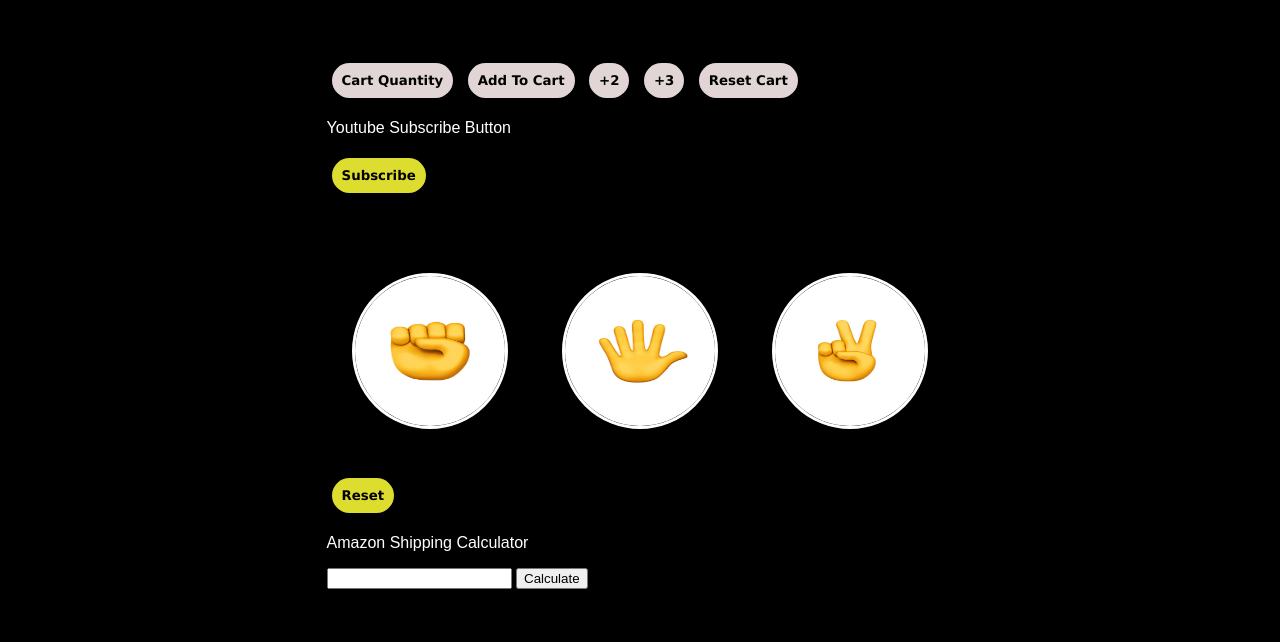
Repository: EguJaredoBoyd/Jared-Learning-Projects
Page: javascript-tutorial.html
An editor plug-in stored every save of this project. The page is shown before and after the next save, followed by the edit.
The browser window is 1280 px wide. The pictures show the whole page.

Above is the page before, as saved 2025-07-06 23:58:53.

### javascript-tutorial.html
<!DOCTYPE html>
<html lang="en">
<head>
    <meta charset="UTF-8">
    <meta name="viewport" content="width=device-width, initial-scale=1.0">
    <title>Document</title>
    <link rel="stylesheet" href="javascript-tutorial.css">
    <script src="javacript-tutorial.js" defer></script>
</head>
<body>
    <main>
        <section class="cart-class">
            <button onclick="cartDisplay()">Cart Quantity</button>
            <button onclick="addCart();
            cartDisplay()">Add To Cart</button>
            <button onclick="addCart2();
            cartDisplay()">+2</button>
            <button onclick="addCart3();
            cartDisplay()">+3</button>
            <button onclick="cartReset();
            cartDisplay()">Reset Cart</button>

            <p id="cart-quantity"></p>
            <p>Youtube Subscribe Button</p>
            <button onclick="subscribe()" class="sub-button">Subscribe</button>
        </section>

        <section class="game-play">
            <button onclick="selectRock()" class="rock"><img src="./images/rock.jpg" alt="Rock Hand Game"></button>
            <button onclick="selectPaper()"><img src="./images/paper.jpg" alt="Paper Hand Game"></button>
            <button onclick="selectScissors()"><img src="./images/scissors.jpg" alt="Scissiors Hand Game"></button>
            <p class="win-paragraph"></p>
            <p class="move-paragraph"></p>
            <p class="score-paragraph"></p>
            <button onclick="selectReset()" class="reset">Reset</button>
        </section>

        <section class="amazon-calculator">
            <p>Amazon Shipping Calculator</p>
            <input type="text" class="amazon-cost" onkeydown="handleCost(event)">
            <button onclick="calculateTotal()">Calculate</button>
            <p class="shipping-cost"></p>
        </section>
    </main>

</body>
</html>

### javascript-tutorial.css
body{
    font-family: Arial, Helvetica, sans-serif;
    background-color: black;
    display: flex;
    justify-content: center;
    padding-top: 50px;

}
.cart-class{
    margin-bottom: 50px;
}
.cart-class button{
    padding: 10px;
    margin: 5px;
    font-weight: bold;
    font-family: Verdana, Geneva, Tahoma, sans-serif;
    border: none;
    border-radius: 50px;

}
.cart-class button:not(.sub-button){
    background-color: rgb(225, 213, 213);

}
.sub-button{
    background-color: rgb(221, 221, 48);
}
.sub-button-two{
    background-color: rgb(225, 213, 213);
}
p{
    color: white;
}

/* game-section  */

.game-play button{
    padding: 10px;
    margin: 5px;
    font-weight: bold;
    font-family: Verdana, Geneva, Tahoma, sans-serif;
    border: none;
    border-radius: 50px;
}
.game-play button:not(.reset){
    background-color: transparent;
}
.reset{
    background-color: rgb(221, 221, 48);
}
.game-play:not(.reset) img{
    height: 150px;
    width: 150px;
    border: 3px solid white;
    border-radius: 50%;
    margin: 10px;

}
.win-paragraph, .score-paragraph{
    font-weight: bolder;
    font-size: 10px;

}

### javacript-tutorial.js
let cartQuantity = 0;
function cartDisplay(){
    document.getElementById('cart-quantity').innerHTML = cartQuantity;
};

function addCart(){
    cartQuantity = cartQuantity + 1;
};

function addCart2(){
    cartQuantity += 2;
};

function addCart3(){
    cartQuantity += 3;
};

function cartReset(){
    alert("Cart has been reset");
    cartQuantity = 0;
};

function subscribe () {
    let subClick = document.querySelector('.sub-button');
        if (subClick.innerHTML === 'Subscribe') {
            subClick.innerHTML = 'Subscribed'
            subClick.classList.add('sub-button-two');
        } else{
            subClick.innerHTML = 'Subscribe'
            subClick.classList.remove('sub-button-two');

        }
    }




let computerMove = '';
let score = {
    wins: 0,
    losses: 0,
    ties: 0
};

// ✅ Fix 1: Load saved score if it exists in localStorage
const storage = localStorage.getItem('gameScore');
if (storage) {
    score = JSON.parse(storage);
}

console.log(score); // Optional: Just to confirm score is loaded

function selectRock() {
    // ✅ Fix 2: New random number every time the function runs
    let randomNumber = Math.random();

    if (randomNumber >= 0 && randomNumber < 1 / 3) {
        computerMove = 'rock';
    } else if (randomNumber >= 1 / 3 && randomNumber < 2 / 3) {
        computerMove = 'paper';
    } else {
        computerMove = 'scissors';
    }

    let result = '';
    if (computerMove === 'rock') {
        result = 'tie';
    } else if (computerMove === 'paper') {
        result = 'lose';
    } else if (computerMove === 'scissors') {
        result = 'win';
    }

    let newResult = '';
    if (result === 'win') {
        score.wins += 1;
        newResult = 'wins!';
    } else if (result === 'lose') {
        score.losses += 1;
        newResult = 'losses!';
    } else {
        score.ties += 1;
        newResult = 'ties!';
    }

    // ✅ Fix 3: Save updated score to localStorage
    localStorage.setItem('gameScore', JSON.stringify(score));

    let newScore, valueOne, valueTwo, outcomeOne, outcomeTwo;

    if (newResult === 'wins!') {
        newScore = score.wins;
        valueOne = score.losses;
        outcomeOne = 'losses';
        valueTwo = score.ties;
        outcomeTwo = 'ties';
    } else if (newResult === 'losses!') {
        newScore = score.losses;
        valueOne = score.wins;
        outcomeOne = 'wins';
        valueTwo = score.ties;
        outcomeTwo = 'ties';
    } else {
        newScore = score.ties;
        valueOne = score.wins;
        outcomeOne = 'wins';
        valueTwo = score.losses;
        outcomeTwo = 'losses';
    }

    alert(`You picked rock and the computer picked ${computerMove}, you ${result}!
You have ${newScore} ${newResult}, ${valueOne} ${outcomeOne}, and ${valueTwo} ${outcomeTwo}`);

    let rock = document.querySelector('.win-paragraph');
    rock.innerHTML = (`You picked rock and the computer picked ${computerMove}, you ${result}!
    You have ${newScore} ${newResult}, ${valueOne} ${outcomeOne}, and ${valueTwo} ${outcomeTwo}`);

    let rockMove = document.querySelector('.move-paragraph');
    rockMove.innerHTML = (`You - <img src="./images/rock.jpg" alt=""> : <img src="./images/${computerMove}.jpg" alt=""> - Computer`);

    let rockScore = document.querySelector('.score-paragraph');
    rockScore.innerHTML = (`You ${result}!`)

}

function selectPaper() {
    let randomNumber = Math.random();

    if (randomNumber >= 0 && randomNumber < 1 / 3) {
        computerMove = 'rock';
    } else if (randomNumber >= 1 / 3 && randomNumber < 2 / 3) {
        computerMove = 'paper';
    } else {
        computerMove = 'scissors';
    }

    let result = '';
    if (computerMove === 'paper') {
        result = 'tie';
    } else if (computerMove === 'scissors') {
        result = 'lose';
    } else if (computerMove === 'rock') {
        result = 'win';
    }

    let newResult = '';
    if (result === 'win') {
        score.wins += 1;
        newResult = 'wins!';
    } else if (result === 'lose') {
        score.losses += 1;
        newResult = 'losses!';
    } else {
        score.ties += 1;
        newResult = 'ties!';
    }

    localStorage.setItem('gameScore', JSON.stringify(score));

    let newScore, valueOne, valueTwo, outcomeOne, outcomeTwo;

    if (newResult === 'wins!') {
        newScore = score.wins;
        valueOne = score.losses;
        outcomeOne = 'losses';
        valueTwo = score.ties;
        outcomeTwo = 'ties';
    } else if (newResult === 'losses!') {
        newScore = score.losses;
        valueOne = score.wins;
        outcomeOne = 'wins';
        valueTwo = score.ties;
        outcomeTwo = 'ties';
    } else {
        newScore = score.ties;
        valueOne = score.wins;
        outcomeOne = 'wins';
        valueTwo = score.losses;
        outcomeTwo = 'losses';
    }

    alert(`You picked paper and the computer picked ${computerMove}, you ${result}!
You have ${newScore} ${newResult}, ${valueOne} ${outcomeOne}, and ${valueTwo} ${outcomeTwo}`);

    let paper = document.querySelector('.win-paragraph');
        paper.innerHTML = `You picked paper and the computer picked ${computerMove}, you ${result}!
You have ${newScore} ${newResult}, ${valueOne} ${outcomeOne}, and ${valueTwo} ${outcomeTwo}`;

    let paperMove = document.querySelector('.move-paragraph');
    paperMove.innerHTML = (`You - <img src="./images/paper.jpg" alt=""> : <img src="./images/${computerMove}.jpg" alt=""> - Computer`);

    let paperScore = document.querySelector('.score-paragraph');
    paperScore.innerHTML = (`You ${result}!`)


}

function selectScissors() {
    let randomNumber = Math.random();

    if (randomNumber >= 0 && randomNumber < 1 / 3) {
        computerMove = 'rock';
    } else if (randomNumber >= 1 / 3 && randomNumber < 2 / 3) {
        computerMove = 'paper';
    } else {
        computerMove = 'scissors';
    }

    let result = '';
    if (computerMove === 'scissors') {
        result = 'tie';
    } else if (computerMove === 'rock') {
        result = 'lose';
    } else if (computerMove === 'paper') {
        result = 'win';
    }

    let newResult = '';
    if (result === 'win') {
        score.wins += 1;
        newResult = 'wins!';
    } else if (result === 'lose') {
        score.losses += 1;
        newResult = 'losses!';
    } else {
        score.ties += 1;
        newResult = 'ties!';
    }

    localStorage.setItem('gameScore', JSON.stringify(score));

    let newScore, valueOne, valueTwo, outcomeOne, outcomeTwo;

    if (newResult === 'wins!') {
        newScore = score.wins;
        valueOne = score.losses;
        outcomeOne = 'losses';
        valueTwo = score.ties;
        outcomeTwo = 'ties';
    } else if (newResult === 'losses!') {
        newScore = score.losses;
        valueOne = score.wins;
        outcomeOne = 'wins';
        valueTwo = score.ties;
        outcomeTwo = 'ties';
    } else {
        newScore = score.ties;
        valueOne = score.wins;
        outcomeOne = 'wins';
        valueTwo = score.losses;
        outcomeTwo = 'losses';
    }

    alert(`You picked scissors and the computer picked ${computerMove}, you ${result}!
You have ${newScore} ${newResult}, ${valueOne} ${outcomeOne}, and ${valueTwo} ${outcomeTwo}`);

    let scissors = document.querySelector('.win-paragraph');
    scissors.innerHTML = (`You picked scissors and the computer picked ${computerMove}, you ${result}!
You have ${newScore} ${newResult}, ${valueOne} ${outcomeOne}, and ${valueTwo} ${outcomeTwo}`);

    let scissorsMove = document.querySelector('.move-paragraph');
    scissorsMove.innerHTML = (`You - <img src="./images/scissors.jpg" alt=""> : <img src="./images/${computerMove}.jpg" alt=""> - Computer`);

    let scissorsScore = document.querySelector('.score-paragraph');
    scissorsScore.innerHTML = (`You ${result}!`)

}

function selectReset() {
    score = {
        wins: 0,
        losses: 0,
        ties: 0
    };

    // ✅ Fix 4: Clear the score from localStorage too
    localStorage.removeItem('gameScore');

    alert(`Your score has been reset.`);

    let scoreReset = document.querySelector('.win-paragraph');
    scoreReset.innerHTML = ('Your score has been reset.');

    let resetMove = document.querySelector('.move-paragraph');
    resetMove.innerHTML = (``);

    let resetScore = document.querySelector('.score-paragraph');
    resetScore.innerHTML = (``)
};

function calculateTotal() {
    const amazonCost = document.querySelector('.amazon-cost');
    let cost = Number(amazonCost.value);

    let amount = 50;
    if (cost < amount) {
        cost = cost + 10;

    }

    document.querySelector('.shipping-cost').innerHTML = cost;
    console.log(cost);



};

function handleCost(event) {
    if (event.key === 'Enter') {
        calculateTotal();
    }
};

After the next save:
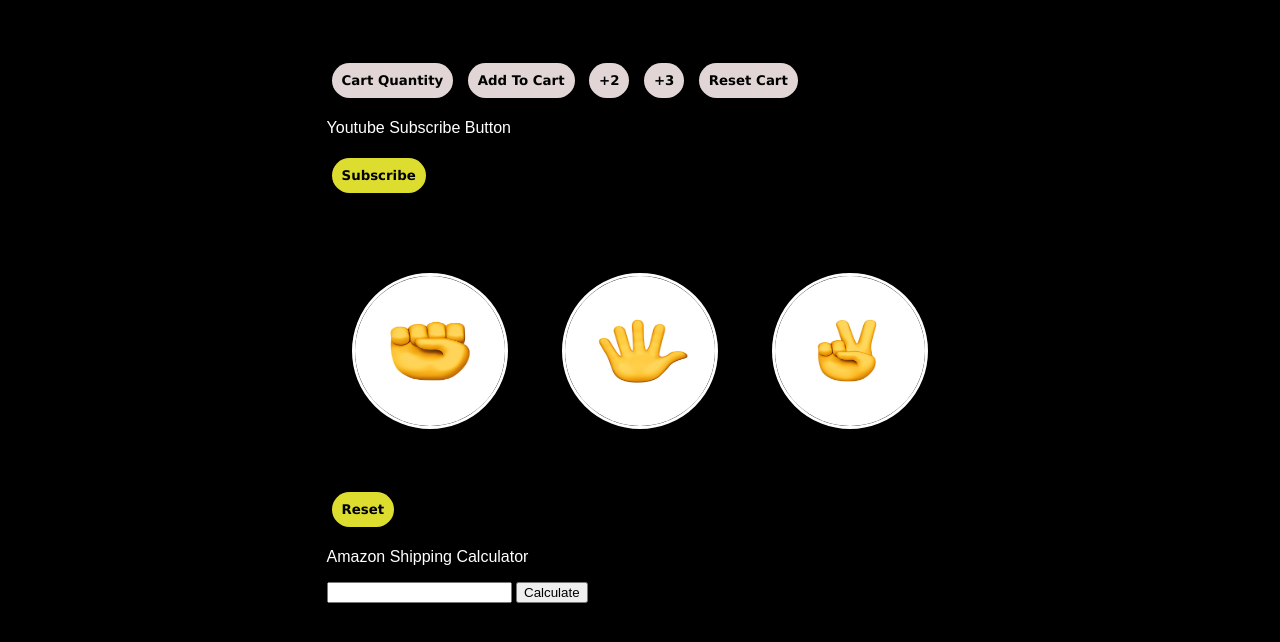
Saved 13 s later.
--- a/javascript-tutorial.css
+++ b/javascript-tutorial.css
@@ -58,6 +58,6 @@ p{
 }
 .win-paragraph, .score-paragraph{
     font-weight: bolder;
-    font-size: 10px;
+    font-size: 30px;
 
 }
